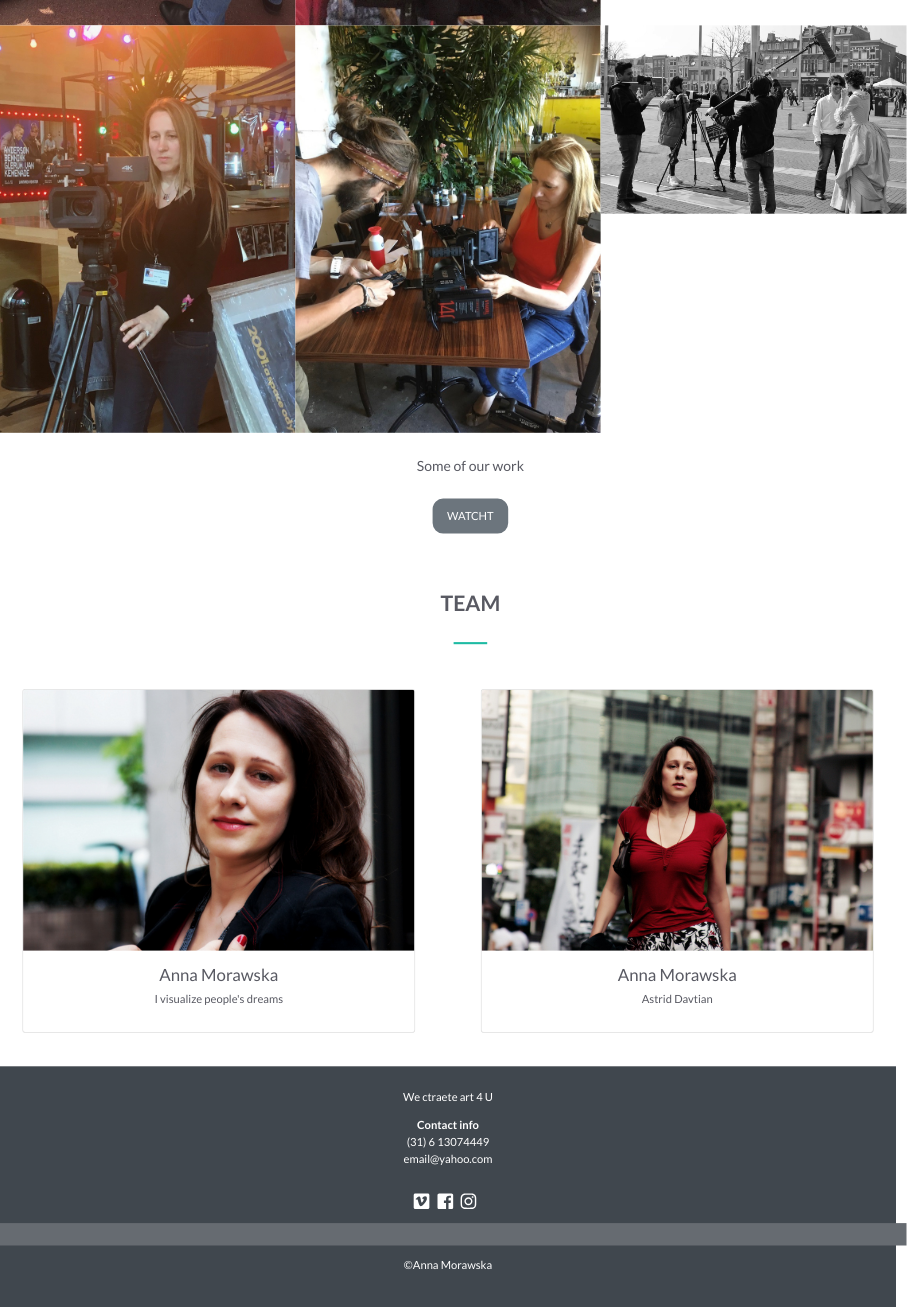
Repository: amorawskanew/My-first-website1
Page: index.html
The author's editor kept a record of every edit. The page is drawn from the files as they stood at one moment, then again after the next edit.
The browser window is 1280 px wide. The page is 1312 px wide, so the pictures cover 1312 px, including what lies to the right of the window. The pictures show the part of the page from y = 1456 to 3336 px (the page is 3323 px tall before and 3336 px after), at 70% of full size.
Some web libraries are served in a nearby version.

Above is the page before.

After the next edit:
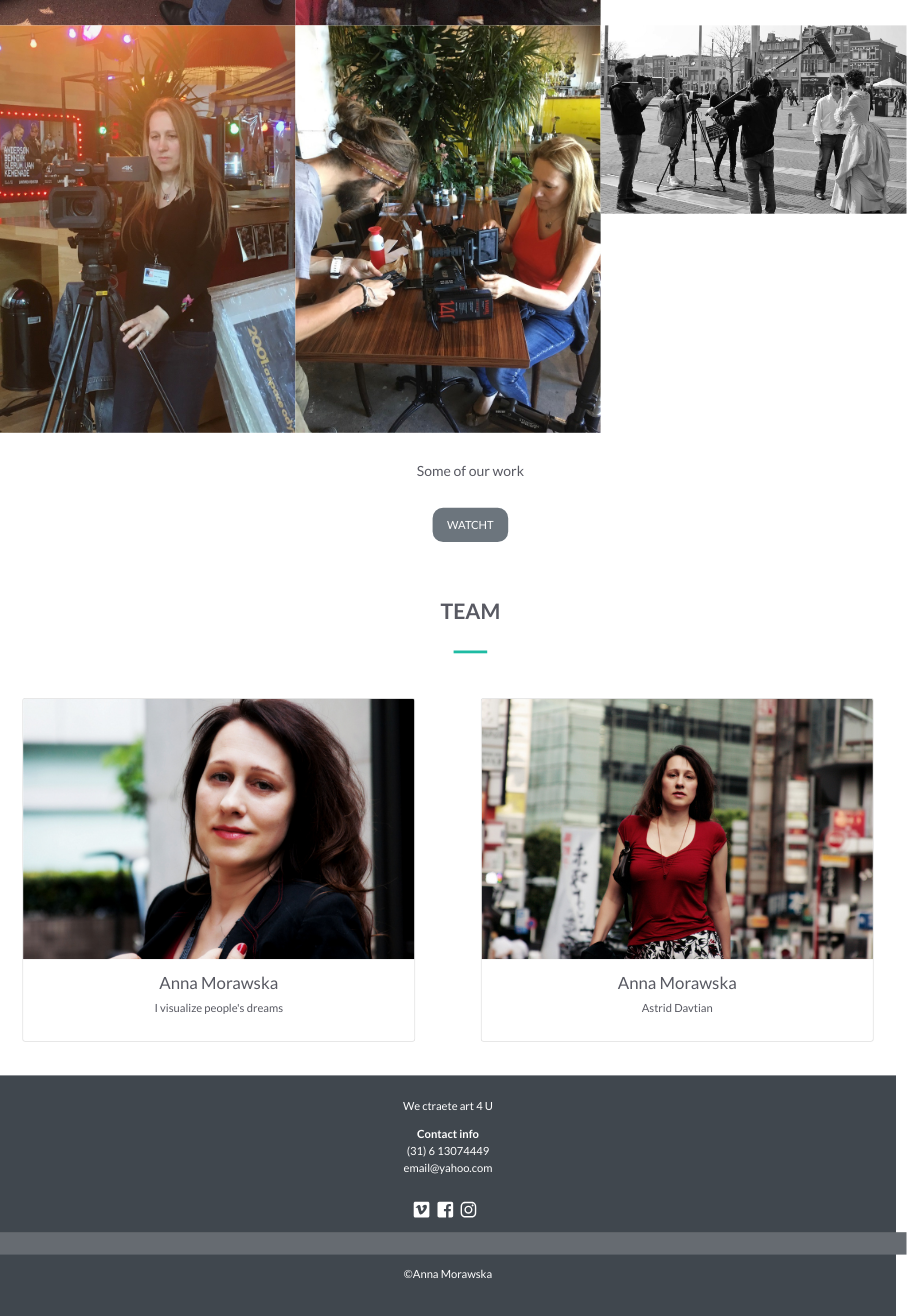
The edit:
--- a/style.css
+++ b/style.css
@@ -131,7 +131,9 @@
 
   }
 
-
+  .lead{
+      padding:.4rem;
+  }
       /*team----*/
       .card {
           margin: 2rem;
